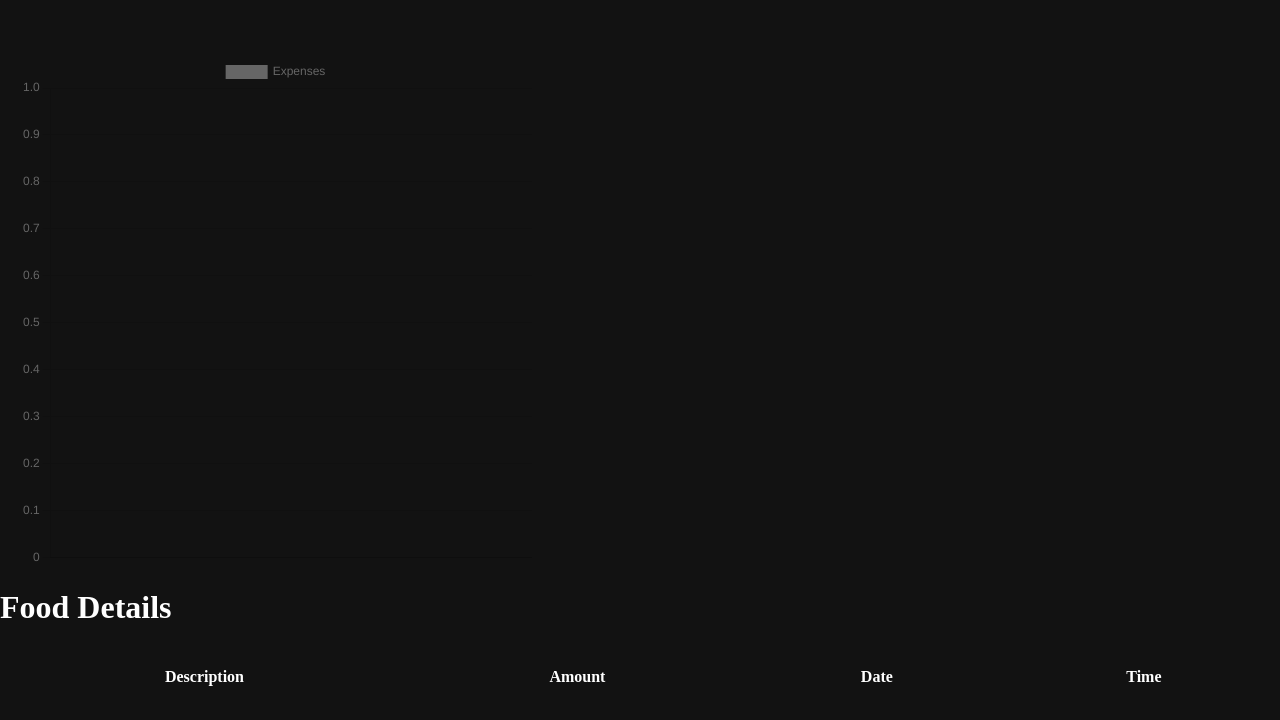
Repository: sarthak-tyagi123/expensetracker12
Page: http://localhost/food_insights
These files come from the project's save history. The page is drawn as it stood at one moment and after the next save; the edit follows.
The browser window is 1280 px wide. The pictures show the whole page.
The page is served by the project's Node server (app.js).

Above is the page before, as saved 2025-07-01 16:52:09.

### views/food_insights.ejs
<!DOCTYPE html>
<html lang="en">
<head>
    <meta charset="UTF-8">
    <meta name="viewport" content="width=device-width, initial-scale=1.0">
    <title>Food Insights</title>
    <style>


    body{

      margin: 0;
      padding: 0;
      background-color: #121212;
    }


      .span_box{
      display: flex;
      justify-content: center;
      align-items: center;
      height: 40%;
      width: 40%;
      margin: 20px;


    }


.span2 {
  position: absolute;
  top:120px;
  right:170px;
  padding: 20px;
  color: white;
  max-height: 550px;
  overflow-y: auto;
  padding: 10px;
  scrollbar-width: thin;
  scrollbar-color: black transparent;

}

table {
  color: white;
  width: 100%;
  border-collapse: collapse;
}

th, td {
  padding: 20px 26px;
  text-align: center;

}

.heading{
  color: white;
}




    </style>
</head>
<body>

<br><br>
<span class="span_box">


<canvas id="myChart" width="400px" height="400px"></canvas>


<script src="https://cdn.jsdelivr.net/npm/chart.js"></script>

<script>
  const labels = <%- JSON.stringify(data.map(e => e.description)) %>;
  const amounts = <%- JSON.stringify(data.map(e => Number(e.amount))) %>;

  function getRandomColor(opacity = 0.6) {
    const r = Math.floor(Math.random() * 256);
    const g = Math.floor(Math.random() * 256);
    const b = Math.floor(Math.random() * 256);
    return `rgba(${r}, ${g}, ${b}, ${opacity})`;
  }

  // Generate random background and border colors for each bar
  const backgroundColors = amounts.map(() => getRandomColor(0.6));
  const borderColors = backgroundColors.map(bg => bg.replace(/[\d\.]+\)$/g, '1)'));


  const ctx = document.getElementById('myChart');




  new Chart(ctx, {
    type: 'bar',
    data: {
      labels: labels,
      datasets: [{
        label: 'Expenses',
        data: amounts,
        backgroundColor: backgroundColors,
        borderColor: borderColors,
        borderWidth: 2
      }]
    },
    options: {
      responsive: true,
      scales: {
        y: {
          beginAtZero: true
        }
      }
    }
  });
</script>
 </span>


 <span class="">

<h1 class="heading">Food Details</h1>
<table >
  <tr>
    <th>Description</th>
    <th>Amount</th>
    <th>Date</th>
    <th>Time</th>
  </tr>
</table>

</span>

 <span class="span2">


<table>

  <% for(let item of data) { %>
    <tr>
      <td><%= item.description %></td>
      <td><%= item.amount %></td>
      <td><%= item.date %></td>
      <td><%= item.time %></td>
    </tr>
  <% } %>
</table>

</span>
</body>
</html>

### app.js
let express=require("express");
let app=express();
app.use(express.urlencoded({ extended: true }));
app.set("view engine",'ejs');

const path=require("path");
app.use(express.static(path.join(__dirname, 'public')));


app.get("/",function(req,res){
    res.render("home.ejs");
})


const transaction_data=[];
app.post("/transactions",function(req,res){
    const {date,time,amount,category,description } = req.body;
    transaction_data.push({date,time,amount,category,description});
    res.render("transactions.ejs",{data:transaction_data || []});
})

// to get the data from transaction page to insights(category)

app.get("/insights", function (req, res) {

  let categoryAmount_result = {};

  for (let txn of transaction_data) {
    let category = txn.category;
    let amount = parseFloat(txn.amount);

    if (categoryAmount_result [category]) {
      categoryAmount_result [category] += amount;
    } else {
      categoryAmount_result [category] = amount;
    }
  }

  res.render("insights.ejs", { data: categoryAmount_result ,});
});





// to get the data from transaction page to food_insights

app.get("/food_insights", function(req, res) {
  let foodData = [];

  for (let txn of transaction_data) {
    if (txn.category.toLowerCase() === 'food') {
      foodData.push({
        description: txn.description,
        amount: parseFloat(txn.amount),
        date: txn.date,
        time: txn.time
      });
    }
  }

  res.render("food_insights.ejs", { data: foodData });
});





app.listen(3000);

After the next save:
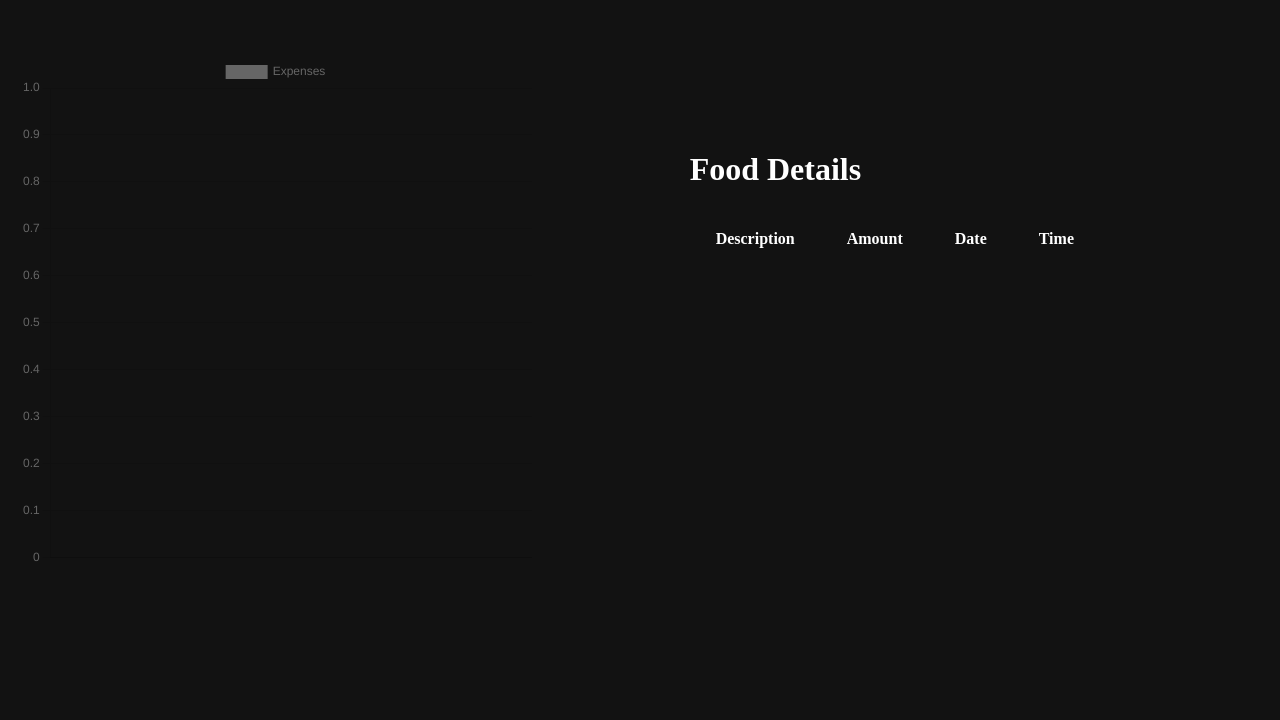
Saved 11 s later.
--- a/views/food_insights.ejs
+++ b/views/food_insights.ejs
@@ -119,7 +119,7 @@ th, td {
  </span>
 
 
- <span class="">
+ <span class="span2">
 
 <h1 class="heading">Food Details</h1>
 <table >
